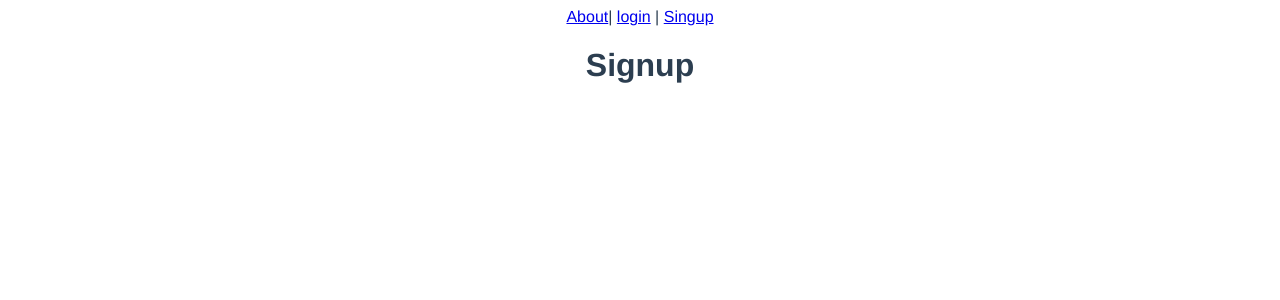
Repository: HeeJeong0718/captin
Page: /signup
An editor plug-in stored every save of this project. The page is shown before and after the next save, followed by the edit.
The browser window is 1280 px wide. The pictures show the whole page.
The project was rebuilt for these pictures with package versions that can differ from the ones it lists, and the page was loaded fresh each time. Also part of the build but not shown: vue.config.js.

Above is the page before, as saved 2022-04-21 23:17:35.

### src/App.vue
<template>
  <div id="app">
    <AppHeader/>
    <router-view/>
  </div>
</template>
<script>
import AppHeader from '@/components/AppHeader.vue';
export default {
  components:{
    AppHeader
  }
}

</script>
<style>
#app {
  font-family: Avenir, Helvetica, Arial, sans-serif;
  -webkit-font-smoothing: antialiased;
  -moz-osx-font-smoothing: grayscale;
  text-align: center;
  color: #2c3e50;
}

nav {
  padding: 30px;
}

nav a {
  font-weight: bold;
  color: #2c3e50;
}

nav a.router-link-exact-active {
  color: #42b983;
}
</style>

### src/router/index.js
import Vue from 'vue'
import VueRouter from 'vue-router'
//import HomeView from '../views/HomeView.vue'

Vue.use(VueRouter)

const routes = [

  {
    path: '/about',
    name: 'about',
    // route level code-splitting
    // this generates a separate chunk (about.[hash].js) for this route
    // which is lazy-loaded when the route is visited.
    component: () => import(/* webpackChunkName: "about" */ '../views/AboutView.vue')
  },
  {
    path: '/',
    name: 'login',
    // route level code-splitting
    // this generates a separate chunk (about.[hash].js) for this route
    // which is lazy-loaded when the route is visited.
    component: () => import(/* webpackChunkName: "about" */ '../views/LoginPage.vue')
  },
  {
    path: '/signup',
    name: 'signup',
    // route level code-splitting
    // this generates a separate chunk (about.[hash].js) for this route
    // which is lazy-loaded when the route is visited.
    component: () => import(/* webpackChunkName: "about" */ '../views/Singup.vue')
  }
]

const router = new VueRouter({
  mode: 'history',
  base: process.env.BASE_URL,
  routes
})

export default router

### src/components/AppHeader.vue
<template>
  <header>

      <router-link to="/about">About</router-link>|
      <router-link to="/">login</router-link> |
      <router-link to="/signup">Singup</router-link>
    </header>
</template>

<script>
export default {

}
</script>

<style>

</style>

### src/views/Singup.vue
<template>
  <div>
      <h1>Signup</h1>
  </div>
</template>

<script>
export default {

}
</script>

<style>

</style>

### src/components/SignupForm.vue
<template>
  <form>
      <div>
          <label for="username">id :</label>
          <input type="text" id="username">
      </div>
      <div>
          <label for="password">pw:</label>
          <input type="text" id="password">
      </div>
      <div>
          <label for="nickname">nickname:</label>
          <input type="text" id="nickname">
      </div>
  </form>
</template>

<script>
export default {

}
</script>

<style>

</style>

Loaded but not shown: public/index.html (common file); src/main.js (common file); src/registerServiceWorker.js (common file); src/store/index.js (common file)

After the next save:
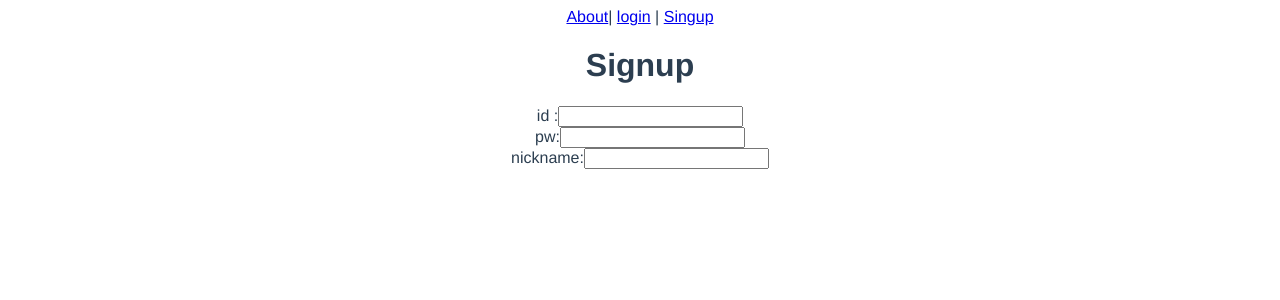
Saved 40 s later.
--- a/src/views/Singup.vue
+++ b/src/views/Singup.vue
@@ -1,12 +1,16 @@
 <template>
   <div>
       <h1>Signup</h1>
+      <SignupForm/>
   </div>
 </template>
 
 <script>
+import SignupForm from '@/components/SignupForm.vue';
 export default {
-
+   components :{
+       SignupForm
+   }
 }
 </script>
 
